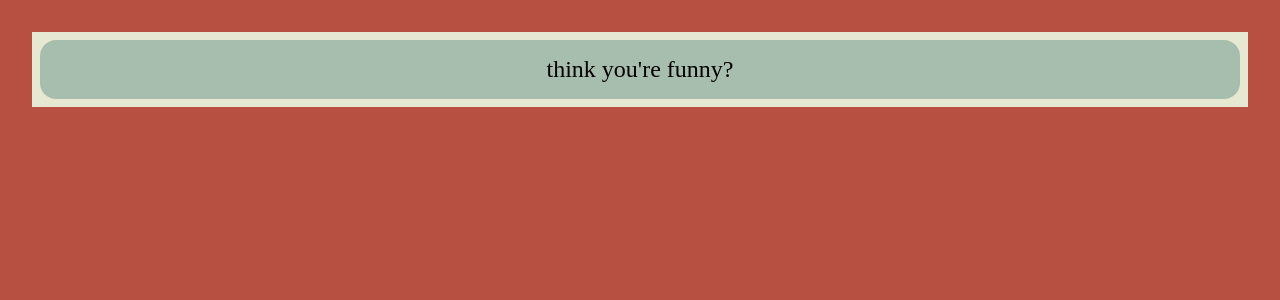
Repository: elchananChen/joke-api
Page: Client/index.html
These files come from the project's save history. The page is drawn as it stood at one moment and after the next save; the edit follows.
The browser window is 1280 px wide. The pictures show the whole page.
The page's requests for data from a server got no answer.

Above is the page before, as saved 2024-11-05 01:52:32.
Console error: TypeError: Cannot read properties of undefined (reading 'forEach')

### Client/index.html
<!DOCTYPE html>
<html lang="en">
  <link rel="stylesheet" href="styles.css" />
  <head>
    <meta charset="UTF-8" />
    <meta name="viewport" content="width=device-width, initial-scale=1.0" />
    <title>Document</title>
  </head>
  <body>
    <article>
      <div class="outer-wrapper">
        <div class="inner-wrapper">
          <header>
            <h1>think you're funny?</h1>
          </header>
          <main>
            <ul class="all-jokes"></ul>
          </main>
        </div>
      </div>
    </article>
  </body>
  <script src="https://cdn.jsdelivr.net/npm/axios/dist/axios.min.js"></script>
  <script type="module" src="main.js"></script>
</html>

### Client/styles.css
@import url("./css/variebles.css");
@import url("./css/reset.css");

article {
  height: 100%;
  width: 100%;
  background-color: var(--color-red-600);
  padding: 2rem;
}

.outer-wrapper {
  height: 100%;
  width: 100%;
  background-color: var(--color-yellow-green-100);
  padding: 0.5rem;
}
.inner-wrapper {
  height: 100%;
  width: 100%;
  background-color: var(--color-green-oil-300);
  padding: 1rem;
  border-radius: 1rem;
}

h1 {
  font-size: 1.5rem;
  margin: 0 auto;
  text-align: center;
}

main {
  /* background-color: var(--color-yellow-green-100); */
  /* border-radius: 1rem; */
}
li {
  padding-block: 0.5rem;
}

### Client/main.js
const allJokesEL = document.querySelector(".all-jokes");

const getAllJokes = async () => {
  try {
    const response = await axios.get(`http://localhost:3000/api/joke/all`);
    console.log(response.data); // נתונים שמתקבלים
    return response.data;
  } catch (err) {
    console.log(err); // הדפסת שגיאה
  }
};

console.log(getAllJokes());
async function randerAllJokes() {
  const jokes = await getAllJokes();
  jokes.forEach((joke) => {
    const liEL = document.createElement("li");
    liEL.textContent = ` ${joke.joke} :  ${joke.content}`;
    allJokesEL.appendChild(liEL);
  });
}
randerAllJokes();

### Client/css/variebles.css
:root {
  --color-red-600: #b85042;

  --color-yellow-green-100: #e7e8d1;

  --color-green-oil-300: #a7beae;
}

### Client/css/reset.css
* {
  box-sizing: border-box;
  margin: 0;
  padding: 0;
}

html {
  font-family: "overpass-Regular";
}
html,
body {
  min-height: 100vh;
  width: 100%;
}
article {
  display: flex;
  flex-direction: column;
  min-height: 100vh;
  width: 100%;
}
img {
  font-family: "work-sans-italic";
  display: block;
  max-width: 100%;
  max-height: 100%;
}
h1,
h2,
h3,
h4,
h5,
h6 {
  font-size: 1rem;
  font-weight: normal;
}
button {
  border: 0px;
}
ul,
ol {
  padding-left: 0.5rem;
  list-style-type: none;
}
a {
  text-decoration: none;
  color: inherit;
}
button {
  cursor: pointer;
}
select {
  cursor: pointer;
}
option {
  cursor: pointer;
}

After the next save:
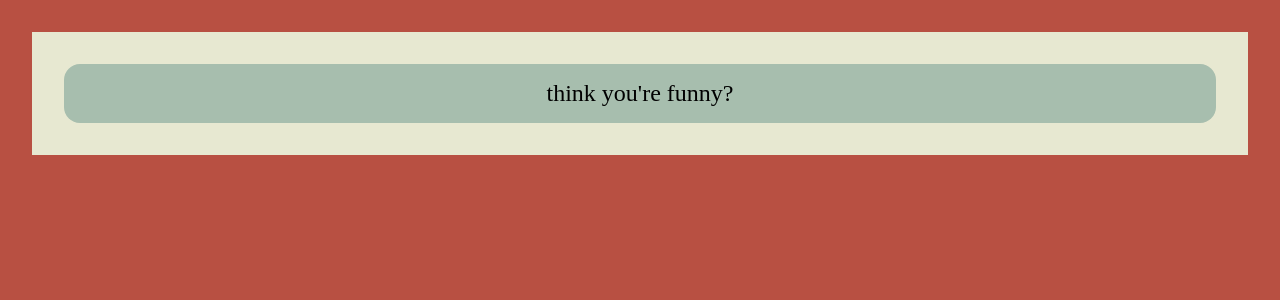
Saved 21 s later.
--- a/Client/styles.css
+++ b/Client/styles.css
@@ -12,7 +12,7 @@ article {
   height: 100%;
   width: 100%;
   background-color: var(--color-yellow-green-100);
-  padding: 0.5rem;
+  padding: 2rem;
 }
 .inner-wrapper {
   height: 100%;
